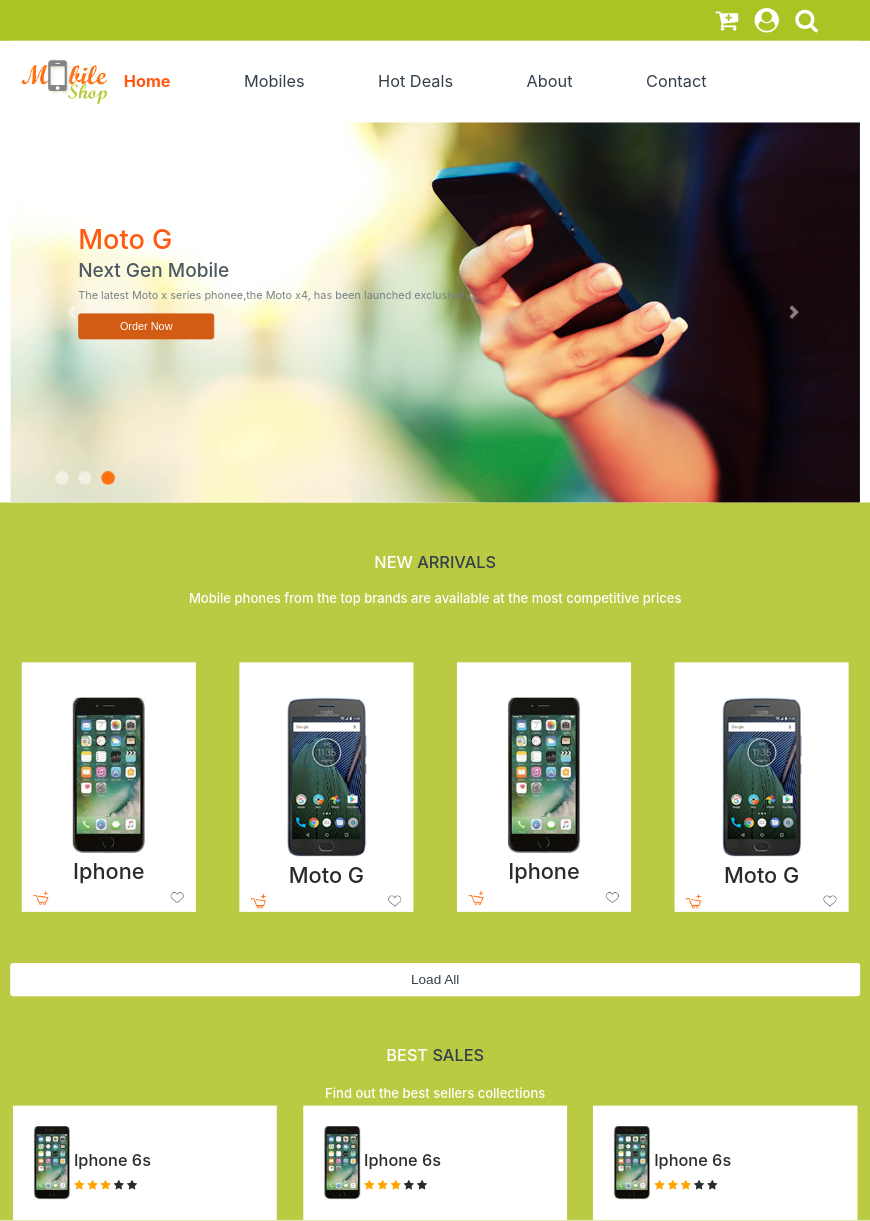
Repository: rajmohanr/mobile
Page: index.html
The author's editor kept a copy of each file at every save. The page is drawn from the files as they stood at one save, then again after the next save.
The browser window is 1280 px wide. The pictures show the whole page, at 68% of full size.

Above is the page before, as saved 2018-04-04 22:14:39.
Console error (its wording comes from the project's code and is left out).

After the next save:
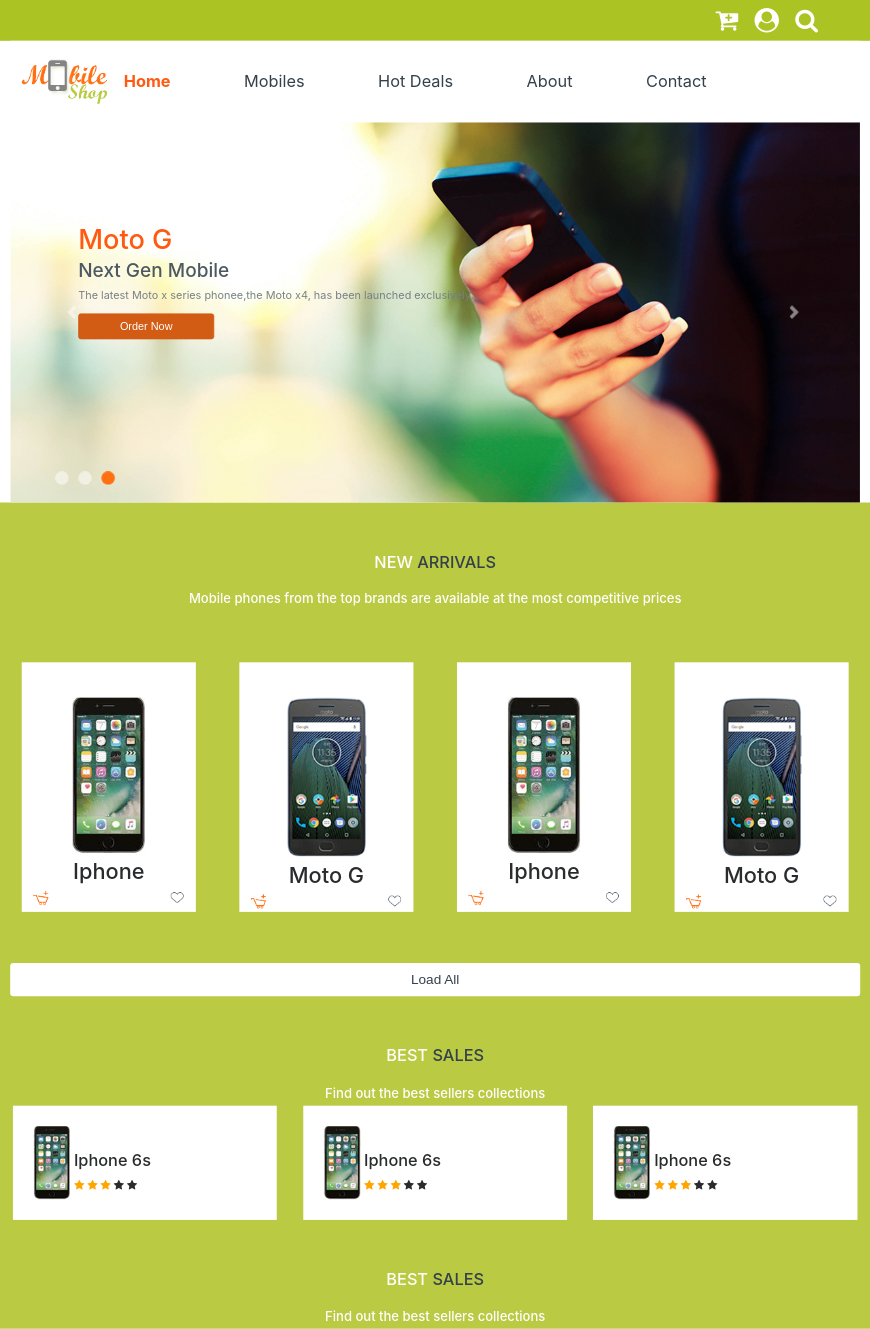
Saved 78 s later.
--- a/index.html
+++ b/index.html
@@ -270,6 +270,16 @@
 						</div>
 					</div>
 				</div>
+				<div id="middle-title" class="row">
+					<div class="col-md-12">
+						<h1 class="text-center">
+								BEST <span class="text-highlight">SALES</span>
+						</h1>
+						<h2 class="text-center">
+							Find out the best sellers collections
+						</h2>
+					</div>
+				</div>
 		</div>
 	</div>
 	<div class="row">
